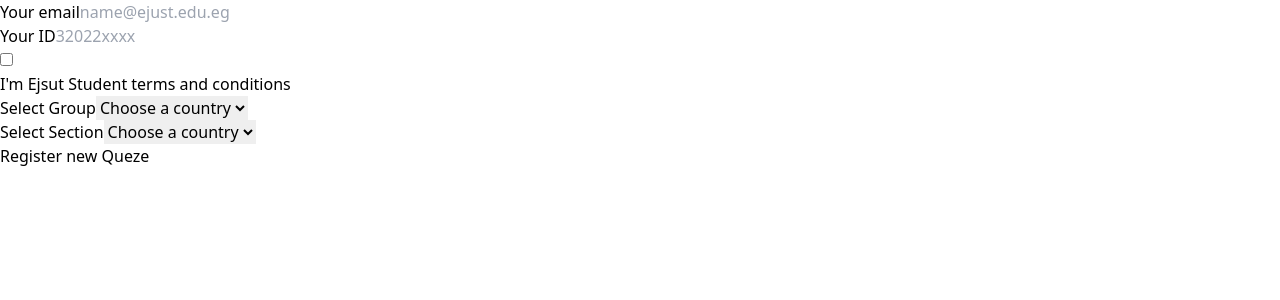
Repository: AbdalrahmanEldeep/FIBOTIC
Page: /
The author's editor kept a copy of each file at every save. The page is drawn from the files as they stood at one save, then again after the next save.
The browser window is 1280 px wide. The pictures show the whole page.
The project was rebuilt for these pictures with package versions that can differ from the ones it lists, and the page was loaded fresh each time. Also part of the build but not shown: vite.config.js, src/pages/protecter.jsx, src/pages/exame.jsx.

Above is the page before, as saved 2023-01-06 22:35:32.

After the next save:
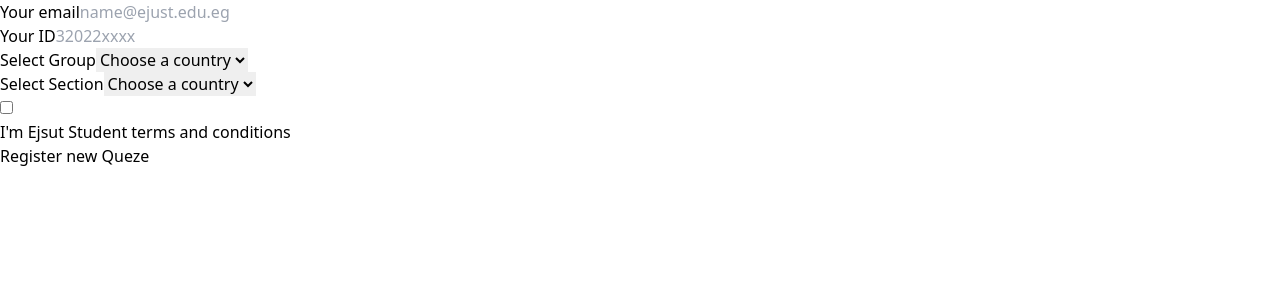
Saved 26 s later.
--- a/src/components/Form.jsx
+++ b/src/components/Form.jsx
@@ -11,12 +11,6 @@ export const Form = () => {
             <div className="mb-6">
                 <label htmlFor="stdid" className="block mb-2 text-sm font-medium text-gray-900 dark:text-white">Your ID</label>
                 <input type="text" id="stdid" placeholder='32022xxxx' className="shadow-sm bg-gray-50 border border-gray-300 text-gray-900 text-sm rounded focus:ring-blue-500 focus:border-blue-500 block w-full p-2.5 dark:bg-gray-700 dark:border-gray-600 dark:placeholder-gray-400 dark:text-white dark:focus:ring-blue-500 dark:focus:border-blue-500 dark:shadow-sm-light" required />
-            </div>
-            <div className="flex items-start mb-6">
-                <div className="flex items-center h-5">
-                <input id="terms" type="checkbox" value="" className="w-4 h-4 border border-gray-300 rounded bg-gray-50 focus:ring-3 focus:ring-blue-300 dark:bg-gray-700 dark:border-gray-600 dark:focus:ring-blue-600 dark:ring-offset-gray-800" required />
-                </div>
-                <label htmlFor="terms" className="ml-2 text-sm font-medium text-gray-900 dark:text-gray-300">I'm Ejsut Student  <a href="#" className="text-blue-600 hover:underline dark:text-blue-500">terms and conditions</a></label>
             </div>
             <div className="flex flex-col gap-2 items-start mb-6">
                 <label for="countries" class="block mb-2 text-sm font-medium text-gray-900 dark:text-white">Select Group</label>
@@ -38,6 +32,12 @@ export const Form = () => {
                     <option value="DE">Germany</option>
                 </select>
             </div>
+            <div className="flex items-start mb-6">
+                <div className="flex items-center h-5">
+                <input id="terms" type="checkbox" value="" className="w-4 h-4 border border-gray-300 rounded bg-gray-50 focus:ring-3 focus:ring-blue-300 dark:bg-gray-700 dark:border-gray-600 dark:focus:ring-blue-600 dark:ring-offset-gray-800" required />
+                </div>
+                <label htmlFor="terms" className="ml-2 text-sm font-medium text-gray-900 dark:text-gray-300">I'm Ejsut Student  <a href="#" className="text-blue-600 hover:underline dark:text-blue-500">terms and conditions</a></label>
+            </div>
             <button type="submit" className="text-white bg-blue-700 hover:bg-blue-800 focus:ring-4 focus:outline-none focus:ring-blue-300 font-medium rounded text-sm px-5 py-2.5 text-center dark:bg-blue-600 dark:hover:bg-blue-700 dark:focus:ring-blue-800">Register new Queze</button>
         </form>
 
